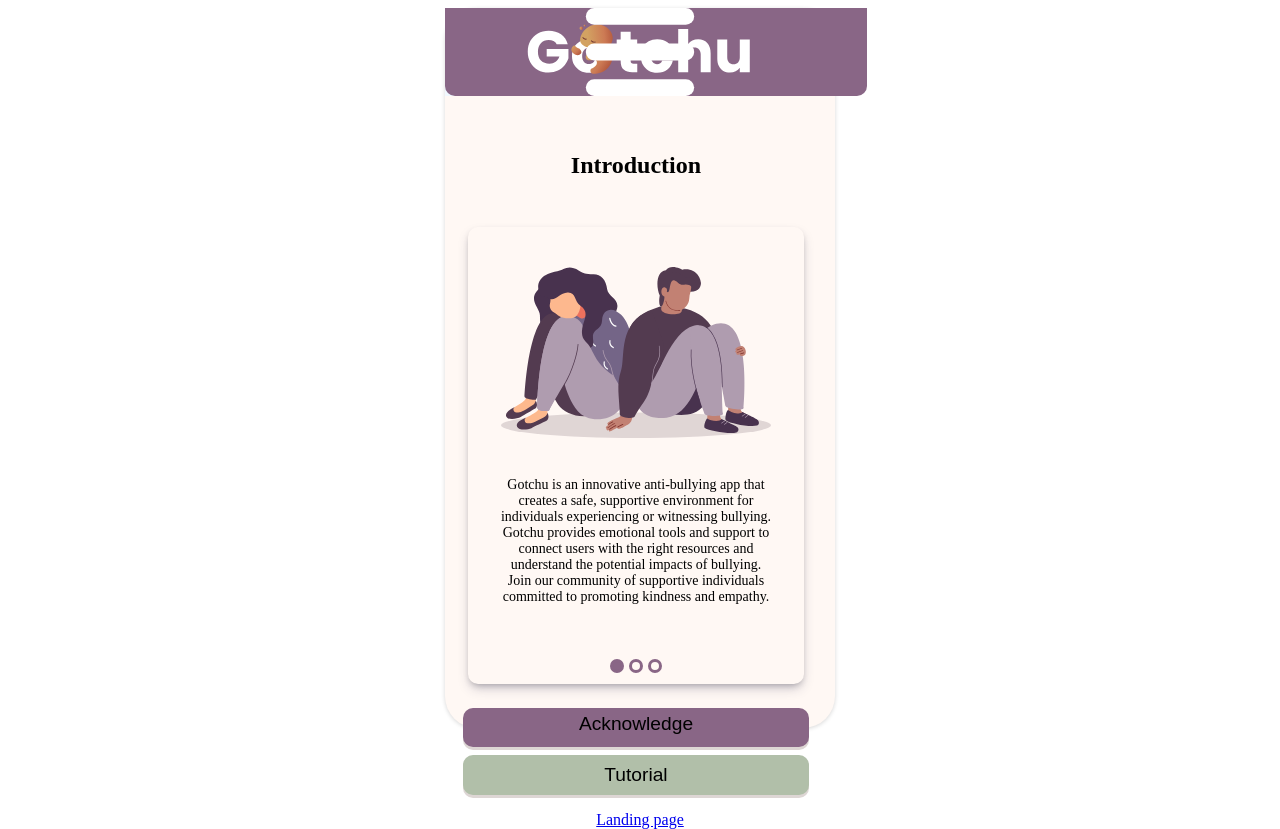
Repository: Haydenleung/Webapp-Gotchu
Page: /introduction
An editor plug-in stored every save of this project. The page is shown before and after the next save, followed by the edit.
The browser window is 1280 px wide. The pictures show the whole page.
The project was rebuilt for these pictures with package versions that can differ from the ones it lists, and the page was loaded fresh each time. The framework's server and built-in components were replaced by stand-ins that run in the browser. Also part of the build but not shown: next.config.js, components/Button/Button.module.css, components/Button/index.js.

Above is the page before, as saved 2023-03-23 09:08:22.

After the next save:
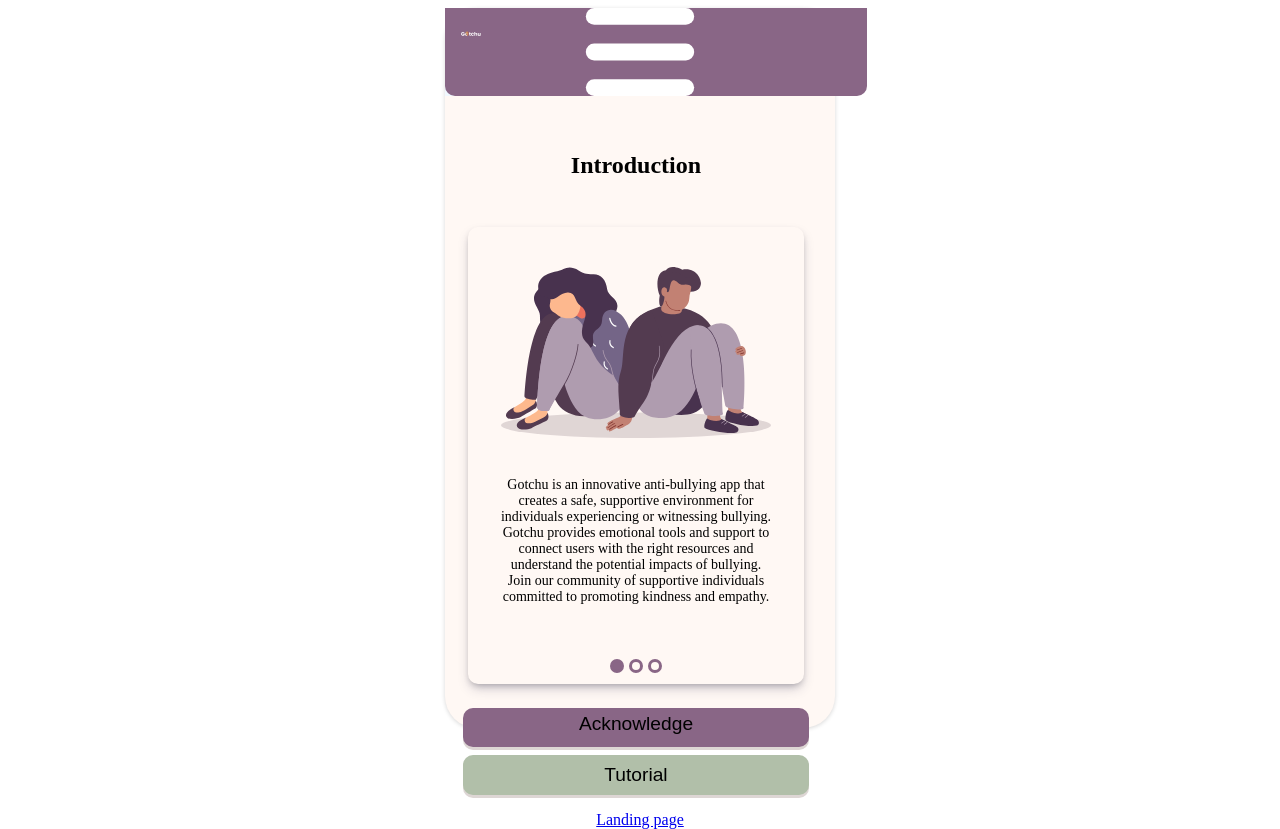
Saved 34 s later.
--- a/components/Navbar/index.js
+++ b/components/Navbar/index.js
@@ -16,7 +16,7 @@ export default function Navbar() {
   return (
     <section className={styles.navbar}>
       <div className={styles.headbar}>
-        <Image src={'NavbarLogo.svg'} className={styles.navbarLogo} fill />
+        <Image src={'NavbarLogo.svg'} className={styles.navbarLogo} width={20} height={20} />
         <Image src={'hamburger.svg'} onClick={() => setReverse(true)} className={styles.hamburger} fill />
       </div>
       {
